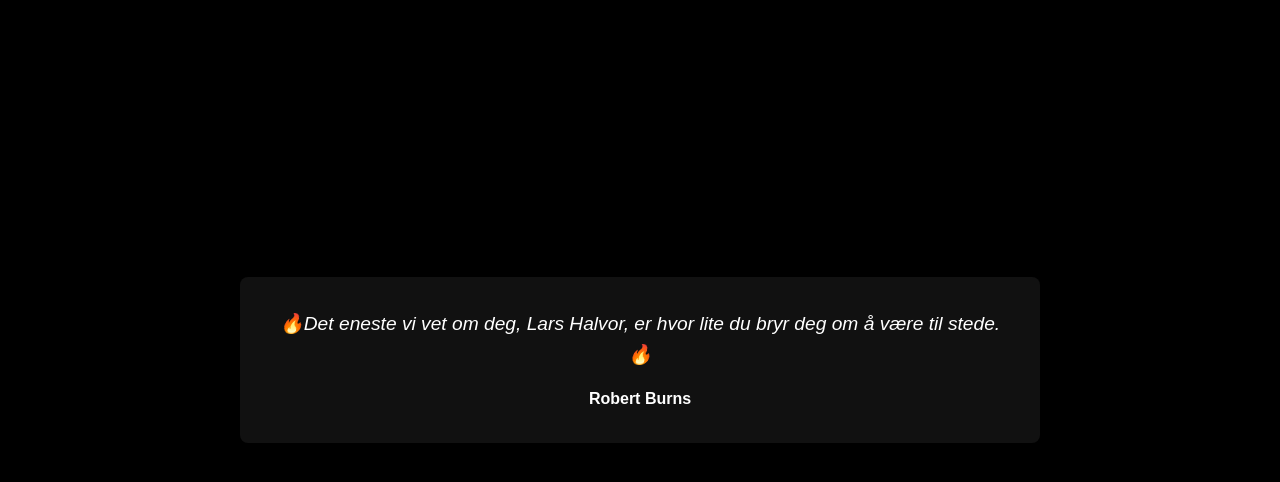
Repository: Larshalvorhansen/personalWebsite
Page: content/infoskjermV2/item-9_dagensBurn.html
An editor plug-in stored every save of this project. The page is shown before and after the next save, followed by the edit.
The browser window is 1280 px wide. The pictures show the whole page.
Some web libraries are served in a nearby version.

Above is the page before, as saved 2025-02-17 14:26:26.

After the next save:
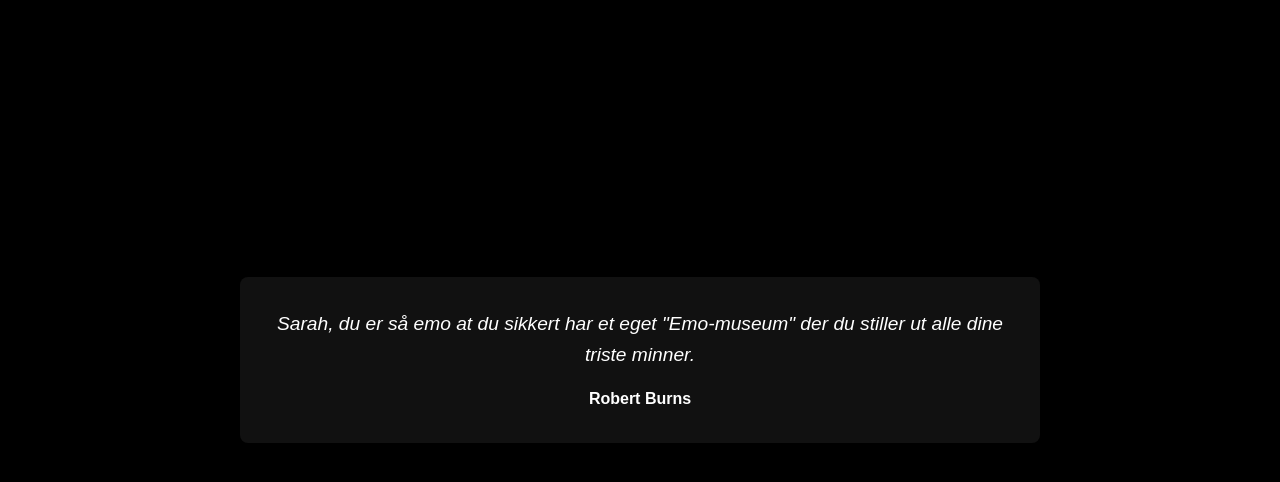
Saved 47 s later.
--- a/content/infoskjermV2/item-9_dagensBurn.html
+++ b/content/infoskjermV2/item-9_dagensBurn.html
@@ -54,7 +54,7 @@
     </div>
 
     <script>
-        fetch('burns.txt')
+        fetch('burnsV2.txt')
             .then(response => response.text())
             .then(text => {
                 const lines = text.split('\n').filter(line => line.trim() !== "");
